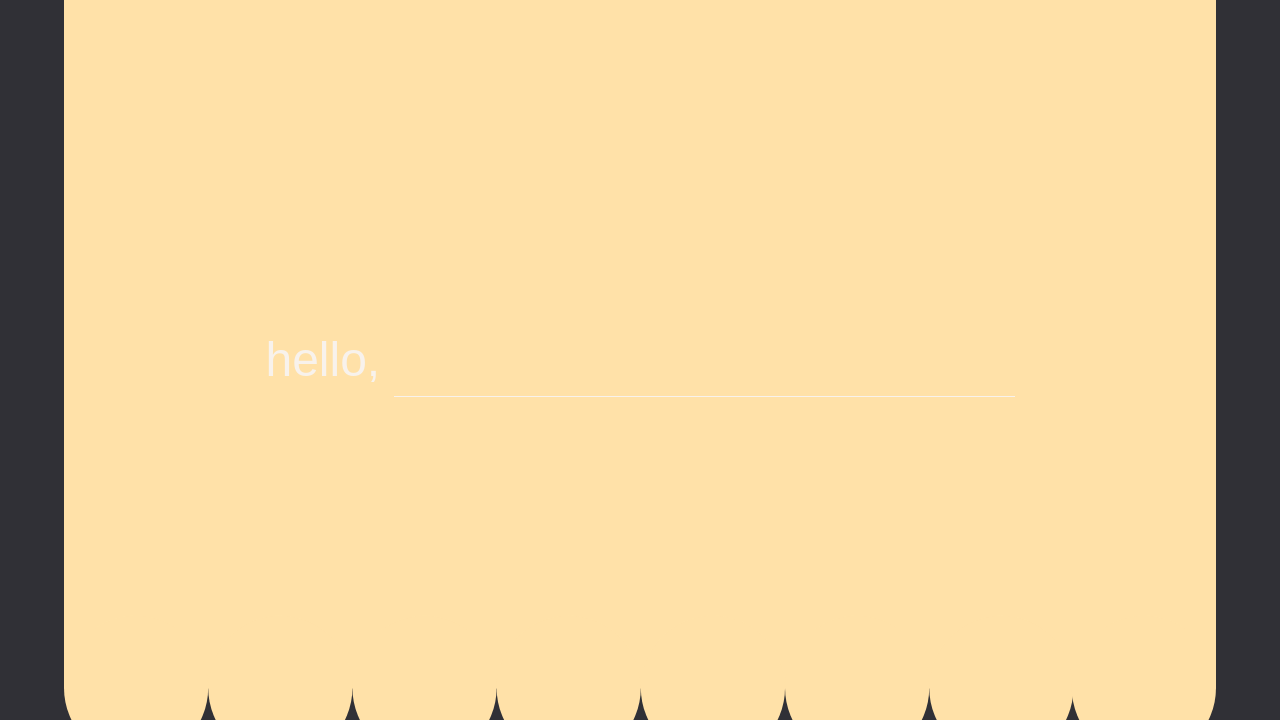
Repository: zhangolivia7/rot-recovery
Page: /
The author's editor kept a copy of each file at every save. The page is drawn from the files as they stood at one save, then again after the next save.
The browser window is 1280 px wide. The pictures show the whole page.
The project was rebuilt for these pictures with package versions that can differ from the ones it lists, and the page was loaded fresh each time. The framework's server and built-in components were replaced by stand-ins that run in the browser. Also part of the build but not shown: next.config.ts.

Above is the page before, as saved 2025-03-29 17:29:54.

### src/app/layout.tsx
import type { Metadata } from "next";
import { Geist, Geist_Mono } from "next/font/google";
import "./globals.css";

const geistSans = Geist({
  variable: "--font-geist-sans",
  subsets: ["latin"],
});

const geistMono = Geist_Mono({
  variable: "--font-geist-mono",
  subsets: ["latin"],
});

export const metadata: Metadata = {
  title: "Rot Recovery",
  description: "it's comeback time.",
};

export default function RootLayout({
  children,
}: Readonly<{
  children: React.ReactNode;
}>) {
  return (
    <html lang="en">
      <body
        className={`${geistSans.variable} ${geistMono.variable} antialiased`}
      >
        {children}
      </body>
    </html>
  );
}

### src/app/page.tsx
'use client'
import { SetStateAction, useState } from "react";
import { useWindowSize } from 'react-use';
import Confetti from 'react-confetti-boom';

export default function Home() {
  const [name, setName] = useState("");
  const [tasks, setTasks] = useState<{ id: number; text: string }[]>([]);
  const [timeframe, setTimeframe] = useState("");
  const [newTask, setNewTask] = useState("");
  const [schedule, setSchedule] = useState<string>(""); //store groqAPI response
  const [loading, setLoading] = useState<boolean>(false);

  // Update name
  const updateName = (e: React.ChangeEvent<HTMLInputElement>) => {
    setName(e.target.value);
    console.log(name);
  };

  // Update task text
  const updateTaskText = (id: number, text: string) => {
    setTasks(tasks.map(task => (task.id === id ? { ...task, text } : task)));
  };

  // Delete a task
  const deleteTask = (id: number) => {
    setTasks(tasks.filter(task => task.id !== id));
  };

  // Add new task when Enter is pressed
  const handleKeyDown = (e: React.KeyboardEvent<HTMLInputElement>) => {
    if (e.key === "Enter" && newTask.trim() !== "") {
      setTasks([...tasks, { id: Date.now(), text: newTask }]);
      setNewTask("");
    }
  };

  // Send tasks and timeframe to ChatGPT API and update schedule
  const handleSubmit = async () => {
    if (tasks.length === 0 || timeframe.trim() === "") {
      alert("Please enter tasks and a timeframe.");
      return;
    }

    setLoading(true); // Show loading state

    // Prepare message for Groq
    var prompt = "";

    if (name.toLowerCase() === "leslie") {
      prompt = `ALWAYS USE <b> IF YOU NEED TO BOLD YOUR RESPONSES!!! DO NOT USE DOUBLE ASTERICKS\nHey! You're talking to my friend ${name}, who's been bedrotting and has ${timeframe} to get back on track! Here's what ${name} has to get done':\n` +
        tasks.map((task, index) => `${index + 1}. ${task.text}`).join("\n") +
        `\n\nShe REALLY likes Hatsune Miku, so pretending you're Hatsune Miku and including Hatsune Miku references, give them a structured, realistic schedule based on the current time and amount of time they have to work in this schedule format:\n[Introduction message (make sure you introduce yourself as Hatsune Miku)]\n[00:00-##:##: <b>Task</b>, bit of encouragement and tips on how to complete the task well] and repeat this structure. Here's an example: <b>[Greeting]</b>\n\nHere's your customized schedule: \n\n<b>00:00-00:30: Finish Math Homework,</b> Leslie-chan! Take a deep breath and dive into your math problems. Focus on one question at a time, and make sure you understand each concept before moving on to the next. You got this!\n\n<b>00:30-01:15: Watch Algorithms Class Lecture.</b> Take a short break to grab a snack or stretch, and then settle in to watch your lecture. Take notes on important points, and don't hesitate to pause the video if you need to review something.\n\n<b>01:15-03:00: Study for Linear Algebra Test.</b> You're almost there, Leslie-chan! Review your notes and textbook, and try to summarize key concepts in your own words. Make flashcards or create a concept map to help you visualize the material.\n\n[Closing message with Hatsune Miku references]`;
    } else {
      prompt = `ALWAYS USE <b> IF YOU NEED TO BOLD YOUR RESPONSES!!! DO NOT USE DOUBLE ASTERICKS. Hey! You're talking to my friend ${name}, who's been bedrotting and has ${timeframe} to get back on track! Here's what ${name} has to get done':\n` +
        tasks.map((task, index) => `${index + 1}. ${task.text}`).join("\n") +
        `\n\nIn a fun, chill tone, give them a structured, realistic schedule based on the current time and amount of time they have to work in this schedule format:\n[Introduction message]\n<b>00:00-##:##: Task</b>, bit of encouragement and tips on how to complete the task well. Repeat this structure. Here's an example: <b>[Greeting]</b>\n\nHere's your customized schedule:\n\n<b>00:00-00:20: History Studying,</b> Let's get that history test prep started! Focus on reviewing your notes, making flashcards, and going over any tricky dates or events. You got this, Bob!\n\n<b>00:20-00:45: English Essay Brainstorm,</b> Time to get those creative juices flowing! Take 10-15 minutes to brainstorm ideas for your essay, then organize your thoughts into an outline. Remember, a solid outline will make the writing process so much smoother!\n\n<b>00:45-01:10: Math Homework</b>, Math homework can be a real challenge, but you're almost there! Focus on one problem at a time, and don't be afraid to take breaks if you get stuck. You've got this, Bob! You're so close to finishing!\n\n<b>01:10-02:00: Write That Essay,</b> It's time to put your thoughts into words! Take your outline and start writing that essay. Remember to stay focused, and don't worry too much about grammar or spelling at this stage. Just get your ideas down on paper!\n\n[Closing message]`;
    }

    try {
      const response = await fetch("/api/generate-schedule", {
        method: "POST",
        headers: { "Content-Type": "application/json" },
        body: JSON.stringify({ prompt }),
      });

      const data = await response.json();
      setSchedule(data.schedule); // Store response
    } catch (error) {
      console.error("Error fetching schedule:", error);
      setSchedule("Failed to generate schedule. Try again.");
    } finally {
      setLoading(false);
    }

    // Scroll to the schedule section
    document.getElementById("next-section")?.scrollIntoView({ behavior: "smooth" });
  };

  return (
    <div className={`h-screen snap-y snap-mandatory ${name.trim() === "" ? "overflow-hidden" : "overflow-y-scroll"}`}>
      {/* Section 1 */}
      <section id="sec1" className="h-screen flex justify-center items-center snap-start relative overflow-hidden">
        {/* SVG Background – centered and sized */}
        <div className="absolute z-0 w-[90%] max-w-[1200px] h-auto">
          <svg
            viewBox="0 0 1382 961"
            fill="none"
            xmlns="http://www.w3.org/2000/svg"
            className="w-full h-auto"
          >
            <path d="M0 35C0 15.6701 15.67 0 35 0H1347C1366.33 0 1382 15.67 1382 35V875H0V35Z" fill="#FFE1A8" />
            <circle cx="86.5" cy="874.5" r="86.5" fill="#FFE1A8" />
            <circle cx="259.5" cy="874.5" r="86.5" fill="#FFE1A8" />
            <circle cx="432.5" cy="874.5" r="86.5" fill="#FFE1A8" />
            <circle cx="605.5" cy="874.5" r="86.5" fill="#FFE1A8" />
            <circle cx="778.5" cy="874.5" r="86.5" fill="#FFE1A8" />
            <circle cx="951.5" cy="874.5" r="86.5" fill="#FFE1A8" />
            <circle cx="1124.5" cy="874.5" r="86.5" fill="#FFE1A8" />
            <circle cx="1295.5" cy="874.5" r="86.5" fill="#FFE1A8" />
          </svg>
        </div>

        {/* Foreground content */}
        <main className="z-10 flex flex-col gap-[32px] row-start-2 items-center sm:items-start">
          <div id="s1">
            <h1>
              hello, <input type="text" id="helloText" value={name} onChange={updateName} />
            </h1>
          </div>
        </main>
      </section>


      {name.trim() !== "" && (
        <>
          {/* Section 2 */}
          <section className="h-screen flex flex-col items-center snap-start">
            <div id="sec2" className="w-full h-full flex flex-col justify-start items-center pt-0">
              {name.toLowerCase() === "leslie" ? (
                // Special SVG for Leslie
                <svg width="724" height="509" viewBox="0 0 724 509" fill="none" xmlns="http://www.w3.org/2000/svg">
                  <path d="M495 354.5C491.4 354.5 469.167 355.833 458.5 356.5L460 359L528.5 363L525.5 359C516.833 357.5 498.6 354.5 495 354.5Z" fill="#88D0C7" />
                  <path d="M558 413L503.5 434.5L547 451L586 425L558 413Z" fill="#8A8585" />
                  <circle cx="545.624" cy="378" r="25" fill="#FFE1A8" />
                  <path d="M336.624 363C375.024 348.6 487.291 357 538.624 363L542.624 397C534.624 399.667 512.224 405.4 486.624 407C461.024 408.6 347.957 445 294.624 463C271.124 474.333 212.524 497 166.124 497C108.124 497 48.1241 453 50.1241 463C51.7241 471 30.7908 497 20.1241 509C12.7908 504.333 -1.4759 491.8 0.124102 479C1.7241 466.2 26.1241 437.667 38.1241 425L156.124 449C144.791 428.333 128.924 382.2 156.124 363C190.124 339 288.624 381 336.624 363Z" fill="#FFE1A8" />
                  <path d="M455.601 453.39C444.301 452.836 398.096 425.701 378.624 407L412.829 390.125C421.464 391.114 453.014 384.686 455.601 396.594C458.836 411.478 493.917 434.314 524.131 436.079C554.345 437.844 558.339 448.801 544.659 456.342C530.98 463.883 469.726 454.083 455.601 453.39Z" fill="#FFE1A8" />
                  <path d="M529 359C505.167 359.167 455.8 360.1 449 362.5C440.5 365.5 408.5 380.5 403 386.5C397.5 392.5 387.5 398 385.5 406C383.9 412.4 384.833 415.333 385.5 416C381.167 412.5 372.8 404.1 374 398.5C375.423 391.858 379.997 387.017 382.597 386.539C380.62 386.631 375.704 386.944 375 388C374.2 389.2 373.333 390.833 373 391.5C373.167 386.667 374.9 376.1 380.5 372.5C387.5 368 403.5 358.5 417 357C430.5 355.5 463 353 473.5 353C484 353 521.5 357 524 357C526 357 528.167 358.333 529 359Z" fill="#88D0C7" />
                  <path d="M550 371.5C553.2 374.3 558.667 374.667 561 374.5L554 369.5L541 362H550C548 361 543 359 539 359C535 359 529.167 360.5 526.5 361.5C525.667 360.5 523.5 359 525.5 359C528 359 534.5 352.5 541 351.5C547.5 350.5 557 353 561 355C564.2 356.6 567.167 361 567.5 364C568.333 364.5 569 368.3 571 371.5C573.5 375.5 567 396 566 397C565 398 547.5 406.5 544 406.5C540.5 406.5 436.5 434 411 446C385.5 458 297 481.5 291.5 481C287.1 480.6 276.333 476.5 271.5 474.5C275.667 475.5 284.7 476.7 287.5 473.5C290.3 470.3 305.667 466.167 313 464.5H301C295 464.5 287.167 470.5 284 473.5C285.5 471 289.1 465.7 291.5 464.5C293.9 463.3 303.833 457.667 308.5 455C312 454.833 320.8 453.6 328 450C337 445.5 433 410.5 454.5 406.5C471.7 403.3 512.333 398.833 530.5 397C535 398.5 545.2 401.5 550 401.5C553.076 401.5 557.203 399.266 560.091 397.493C558.356 397.618 556.601 396.675 554 397C550.8 397.4 544 391.167 541 388H550C554.8 388 559.333 385.667 561 384.5C558.167 383.333 552 380.6 550 379C548 377.4 545.167 368.333 544 364C544.667 365.333 546.8 368.7 550 371.5Z" fill="#88D0C7" />
                  <path d="M724 -9L586 425L558 413L507.5 433L3 -9H724Z" fill="#F8F2EC" fill-opacity="0.5" />
                  <path d="M531.5 350L529 360.5L526 362L527.5 348L531.5 350Z" fill="#9C4066" />
                  <path d="M543 411.5L530 397.5V397L525.5 397.5L535 408.5L531 409.5L534 411.5H543Z" fill="#9C4066" />
                </svg>
              ) : (
                // Default SVG
                <svg width="724" height="509" viewBox="0 0 724 509" fill="none" xmlns="http://www.w3.org/2000/svg">
                  <path d="M558 413L503.5 434.5L547 451L586 425L558 413Z" fill="#8A8585" />
                  <circle cx="545.624" cy="378" r="25" fill="#FFE1A8" />
                  <path d="M336.624 363C375.024 348.6 487.291 357 538.624 363L542.624 397C534.624 399.667 512.224 405.4 486.624 407C461.024 408.6 347.957 445 294.624 463C271.124 474.333 212.524 497 166.124 497C108.124 497 48.1241 453 50.1241 463C51.7241 471 30.7908 497 20.1241 509C12.7908 504.333 -1.4759 491.8 0.124102 479C1.7241 466.2 26.1241 437.667 38.1241 425L156.124 449C144.791 428.333 128.924 382.2 156.124 363C190.124 339 288.624 381 336.624 363Z" fill="#FFE1A8" />
                  <path d="M455.601 453.39C444.301 452.836 398.096 425.701 378.624 407L412.829 390.125C421.464 391.114 453.014 384.686 455.601 396.594C458.836 411.478 493.917 434.314 524.131 436.079C554.345 437.844 558.339 448.801 544.659 456.342C530.98 463.883 469.726 454.083 455.601 453.39Z" fill="#FFE1A8" />
                  <path d="M724 -9L586 425L558 413L507.5 433L3 -9H724Z" fill="#F8F2EC" fillOpacity="0.5" />
                </svg>
              )}
              <h1 className="text-3xl mt-4">so you've been rotting...</h1>
            </div>
          </section>

          {/* Section 3 */}
          <section className="h-screen flex flex-col items-center justify-center snap-start">
            <div id="form">
              <h1 className="text-3xl">let's get back on track, {name}</h1>

              {/* Timeframe Input */}
              <input
                className="border p-2 w-80 mt-2"
                placeholder="Timeframe (e.g., 2 hours)"
                value={timeframe}
                onChange={(e) => setTimeframe(e.target.value)}
              />

              {/* To-Do List */}
              <div className="mt-4">
                <h2 className="text-lg font-bold">Enter your tasks</h2>
                <ul className="mt-3 space-y-2">
                  {tasks.map(task => (
                    <li key={task.id} className="flex items-center space-x-2">
                      <input
                        type="text"
                        value={task.text}
                        onChange={(e) => updateTaskText(task.id, e.target.value)}
                        className="border-b focus:outline-none bg-transparent w-full"
                      />
                      <button onClick={() => deleteTask(task.id)} className="text-lg">
                        ✕
                      </button>
                    </li>
                  ))}
                </ul>
              </div>

              {/* Add Task Input */}
              <input
                className="border p-2 w-80 mt-2"
                placeholder="Add a task and hit enter"
                value={newTask}
                onChange={(e) => setNewTask(e.target.value)}
                onKeyDown={handleKeyDown}
              />

              {/* Submit Button */}
              <button
                onClick={handleSubmit}
                className="mt-4 p-2 rounded-md"
              >
                {loading ? "Generating..." : "That's It"}
              </button>
            </div>
          </section>

          {/* Next Section - Display Schedule */}
          {schedule && (
            <section id="next-section" className="h-screen flex justify-center items-center snap-start">
              <div className="text-center max-w-xl">
                <h1 className="text-3xl mb-4">your schedule</h1>
                {loading ? (
                  <p className="text-lg">Generating your schedule...</p>
                ) : (
                  <p
                    className="whitespace-pre-wrap"
                    dangerouslySetInnerHTML={{ __html: schedule || "Your schedule will appear here." }}
                  />
                )}
              </div>
            </section>
          )}
        </>
      )}
    </div>
  );
}

### src/app/globals.css
@import "tailwindcss";

:root {
  --background: #303036;
  --foreground: #F8F2EC;
}

@theme inline {
  --color-background: var(--background);
  --color-foreground: var(--foreground);
  --font-sans: var(--font-geist-sans);
  --font-mono: var(--font-geist-mono);
}

@media (prefers-color-scheme: dark) {
  :root {
    --background: #303036;
    --foreground: #F8F2EC;
  }
}

html {
  scroll-behavior: smooth;
}

.h-screen {
  height: 100vh;
}

.overflow-y-scroll {
  overflow-y: scroll;
}

.snap-y {
  scroll-snap-type: y mandatory;
}

.snap-start {
  scroll-snap-align: start;
}

body {
  background: var(--background);
  color: var(--foreground);
  font-family: Arial, Helvetica, sans-serif;
}

h1 {
  font-size: 3em;
}

#helloText {
  border-bottom: 1px solid var(--foreground);
}

#helloText:focus {
  outline: none;
}

#sec2 {
  display: flex;
  flex-direction: column;
  gap: 30px;
}

#form {
  display: flex;
  flex-direction: column;
  margin: 10px;
}

After the next save:
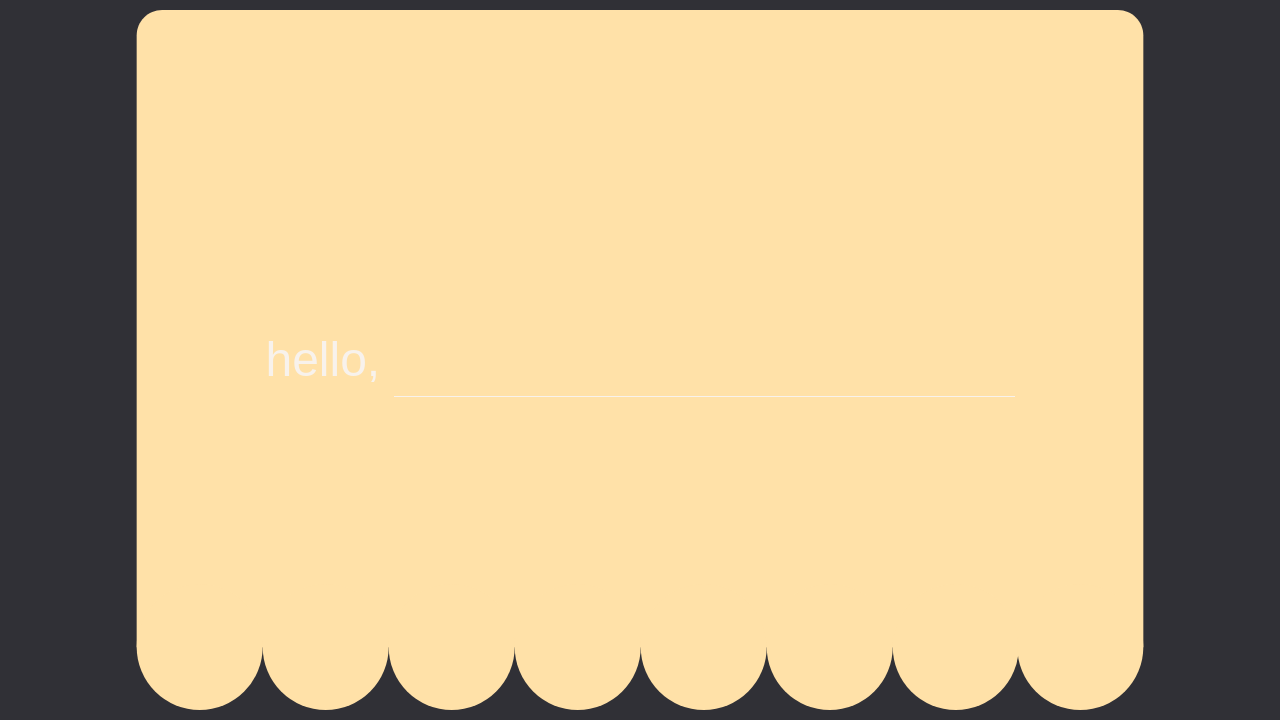
Saved 85 s later.
--- a/src/app/page.tsx
+++ b/src/app/page.tsx
@@ -81,13 +81,13 @@ export default function Home() {
     <div className={`h-screen snap-y snap-mandatory ${name.trim() === "" ? "overflow-hidden" : "overflow-y-scroll"}`}>
       {/* Section 1 */}
       <section id="sec1" className="h-screen flex justify-center items-center snap-start relative overflow-hidden">
-        {/* SVG Background – centered and sized */}
-        <div className="absolute z-0 w-[90%] max-w-[1200px] h-auto">
+        {/* SVG Background with fixed 10px margin on all sides */}
+        <div className="absolute inset-0 p-[10px] z-0">
           <svg
             viewBox="0 0 1382 961"
             fill="none"
             xmlns="http://www.w3.org/2000/svg"
-            className="w-full h-auto"
+            className="w-full h-full object-contain"
           >
             <path d="M0 35C0 15.6701 15.67 0 35 0H1347C1366.33 0 1382 15.67 1382 35V875H0V35Z" fill="#FFE1A8" />
             <circle cx="86.5" cy="874.5" r="86.5" fill="#FFE1A8" />
